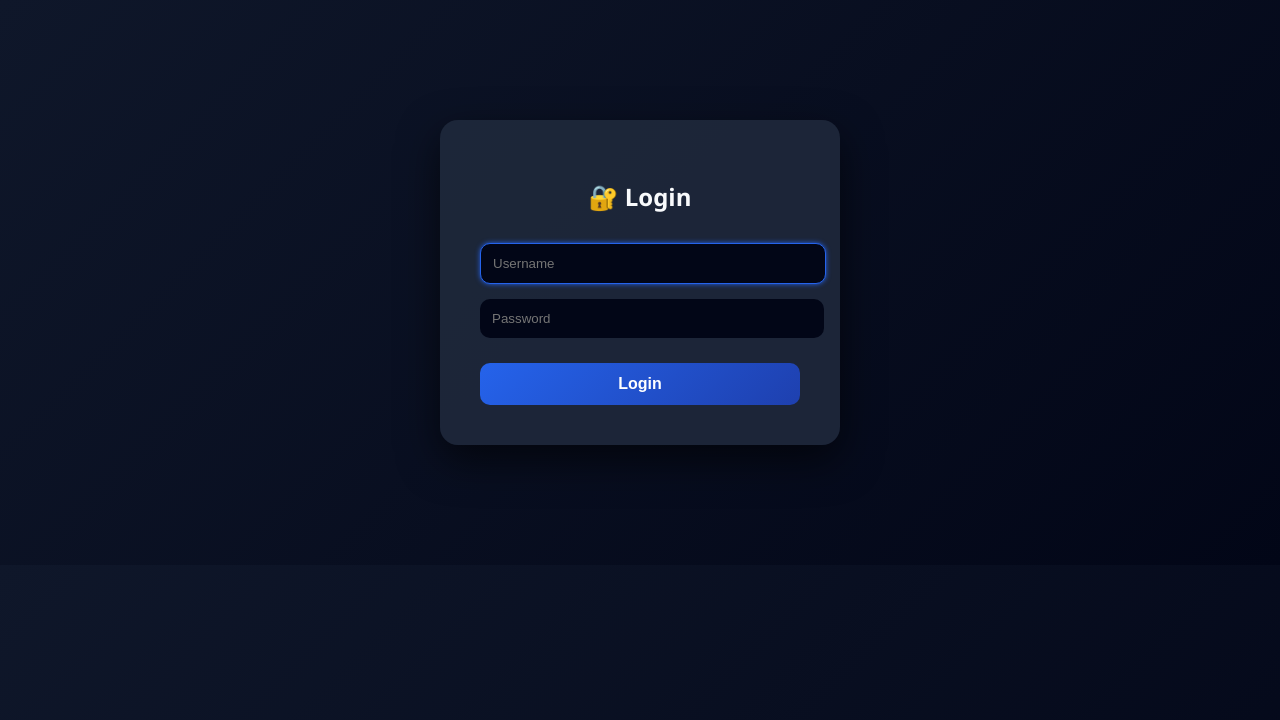
Repository: SNEHASURESH003/flight_system
Page: http://localhost/
An editor plug-in stored every save of this project. The page is shown before and after the next save, followed by the edit.
The browser window is 1280 px wide. The pictures show the whole page.
The page is served by the project's application, run on Django 5.2 (manage.py).

Above is the page before, as saved 2026-01-20 01:02:11.

After the next save:
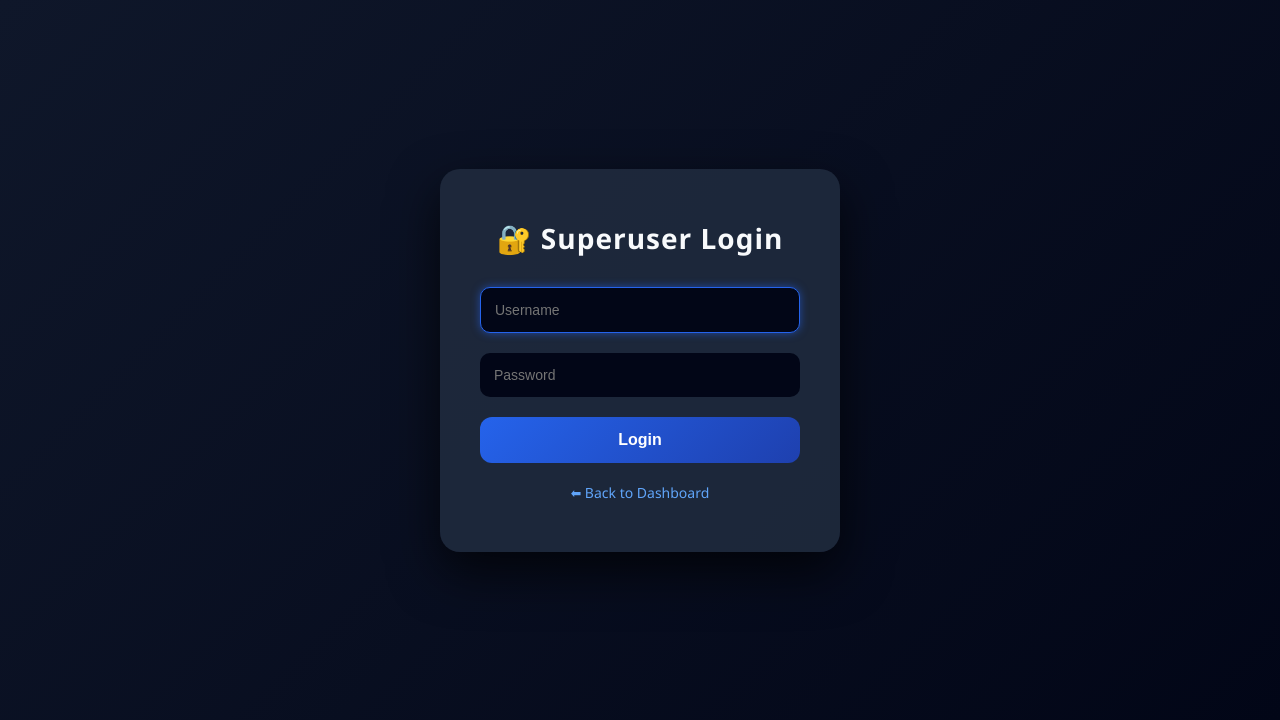
Saved 100 s later.
--- a/airport/airport_route/templates/login.html
+++ b/airport/airport_route/templates/login.html
@@ -1,90 +1,144 @@
 <!DOCTYPE html>
 <html lang="en">
 <head>
+    <meta charset="UTF-8">
     <title>Login - Flight Routes</title>
     <style>
-        body {
-            font-family: 'Segoe UI', sans-serif;
-            background: linear-gradient(135deg, #0f172a, #020617);
-            color: #e5e7eb;
+        /* Reset and font */
+        * {
+            box-sizing: border-box;
             margin: 0;
             padding: 0;
         }
-
-        .container {
-            width: 400px;
-            margin: 120px auto;
+        body {
+            font-family: 'Segoe UI', Tahoma, Geneva, Verdana, sans-serif;
+            background: linear-gradient(135deg, #0f172a, #020617);
+            color: #e5e7eb;
+            display: flex;
+            justify-content: center;
+            align-items: center;
+            height: 100vh;
         }
 
+        /* Card */
         .card {
-            background: rgba(30,41,59,0.9);
-            padding: 40px;
-            border-radius: 18px;
-            box-shadow: 0 15px 40px rgba(0,0,0,0.6);
+            background: rgba(30, 41, 59, 0.95);
+            padding: 50px 40px;
+            border-radius: 20px;
+            box-shadow: 0 20px 50px rgba(0,0,0,0.7);
+            width: 100%;
+            max-width: 400px;
             text-align: center;
+            transition: transform 0.3s ease;
         }
 
+        .card:hover {
+            transform: translateY(-5px);
+        }
+
+        /* Header */
         h2 {
+            font-size: 28px;
             color: #f8fafc;
             margin-bottom: 30px;
+            letter-spacing: 1px;
         }
 
+        /* Inputs */
         input {
             width: 100%;
-            padding: 12px;
-            margin-bottom: 15px;
+            padding: 14px;
+            margin-bottom: 20px;
             border-radius: 10px;
             border: none;
             outline: none;
             background-color: #020617;
             color: #f8fafc;
+            font-size: 14px;
+            transition: all 0.3s ease;
         }
 
         input:focus {
             border: 1px solid #2563eb;
-            box-shadow: 0 0 5px #2563eb;
+            box-shadow: 0 0 8px rgba(37, 99, 235, 0.6);
         }
 
+        /* Button */
         button {
             width: 100%;
-            padding: 12px;
-            margin-top: 10px;
-            background: linear-gradient(135deg, #2563eb, #1e40af);
-            color: white;
+            padding: 14px;
             border: none;
-            border-radius: 10px;
+            border-radius: 12px;
             font-size: 16px;
             font-weight: 600;
+            color: #fff;
+            background: linear-gradient(135deg, #2563eb, #1e40af);
             cursor: pointer;
+            transition: all 0.3s ease;
         }
 
         button:hover {
             background: linear-gradient(135deg, #1d4ed8, #1e3a8a);
-            box-shadow: 0 8px 25px rgba(37, 99, 235, 0.6);
+            box-shadow: 0 10px 25px rgba(37, 99, 235, 0.5);
         }
 
+        /* Error message */
         .error {
+            background: rgba(220, 38, 38, 0.1);
             color: #f87171;
-            margin-bottom: 15px;
+            padding: 10px;
+            border-radius: 8px;
+            margin-bottom: 20px;
+            font-size: 14px;
+        }
+
+        /* Links */
+        .links {
+            margin-top: 20px;
+            font-size: 14px;
+        }
+
+        .links a {
+            color: #60a5fa;
+            text-decoration: none;
+            margin: 0 5px;
+        }
+
+        .links a:hover {
+            text-decoration: underline;
+        }
+
+        /* Responsive */
+        @media (max-width: 480px) {
+            .card {
+                padding: 40px 20px;
+            }
+            h2 {
+                font-size: 24px;
+            }
         }
     </style>
 </head>
 <body>
-<div class="container">
-    <div class="card">
-        <h2>🔐 Login</h2>
 
-        {% if form.errors %}
-            <p class="error">Invalid username or password</p>
-        {% endif %}
+<div class="card">
+    <h2>🔐 Superuser Login</h2>
 
-        <form method="post">
-            {% csrf_token %}
-            <input type="text" name="username" placeholder="Username" required autofocus>
-            <input type="password" name="password" placeholder="Password" required>
-            <button type="submit">Login</button>
-        </form>
+    {% if form.errors %}
+        <div class="error">Invalid username or password</div>
+    {% endif %}
+
+    <form method="post">
+        {% csrf_token %}
+        <input type="text" name="username" placeholder="Username" required autofocus>
+        <input type="password" name="password" placeholder="Password" required>
+        <button type="submit">Login</button>
+    </form>
+
+    <div class="links">
+        <a href="{% url 'dashboard' %}">⬅ Back to Dashboard</a>
     </div>
 </div>
+
 </body>
 </html>
